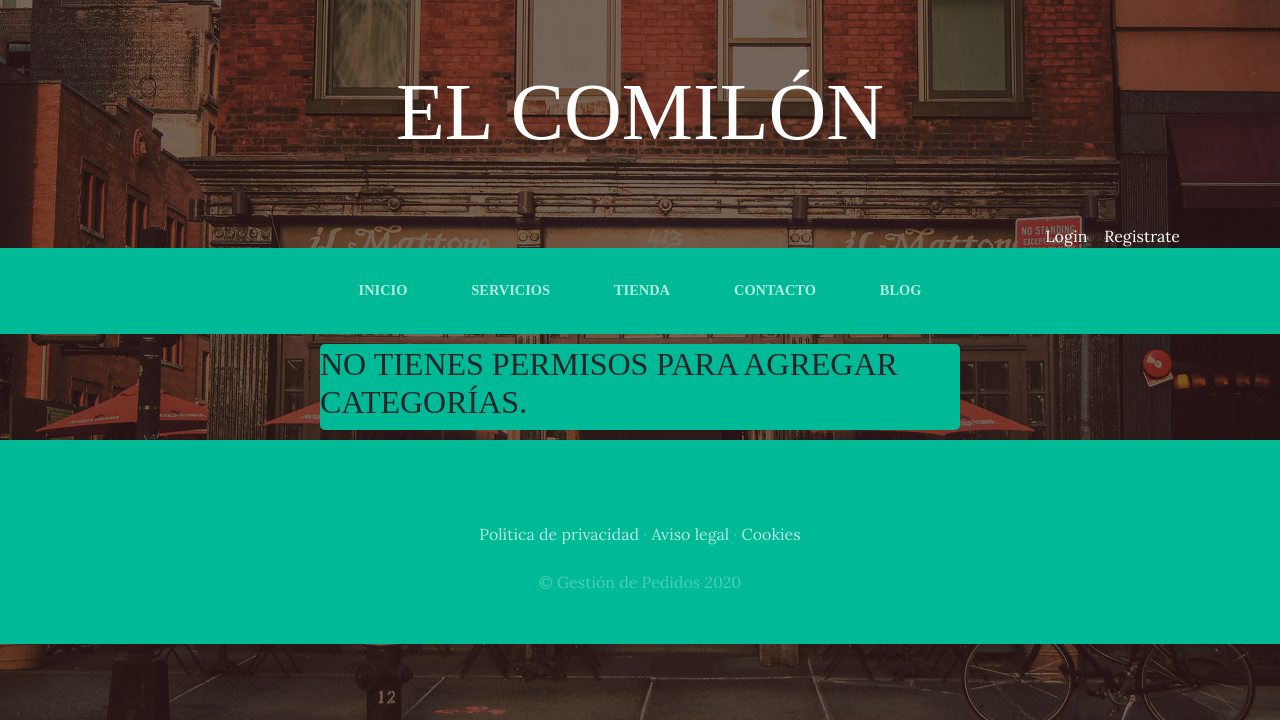
Repository: MatLarrea/Entrega_Elcomilon
Page: http://localhost/tienda/agregar_categoria/
The author's editor kept a copy of each file at every save. The page is drawn from the files as they stood at one save, then again after the next save.
The browser window is 1280 px wide. The pictures show the whole page.
Some web fonts or font styles are not loaded; a fallback is used. The page is served by the project's application, run on Django 5.2 (manage.py).

Above is the page before, as saved 2024-07-11 22:41:30.
Console error: TypeError: Cannot read properties of null (reading 'addEventListener')

After the next save:
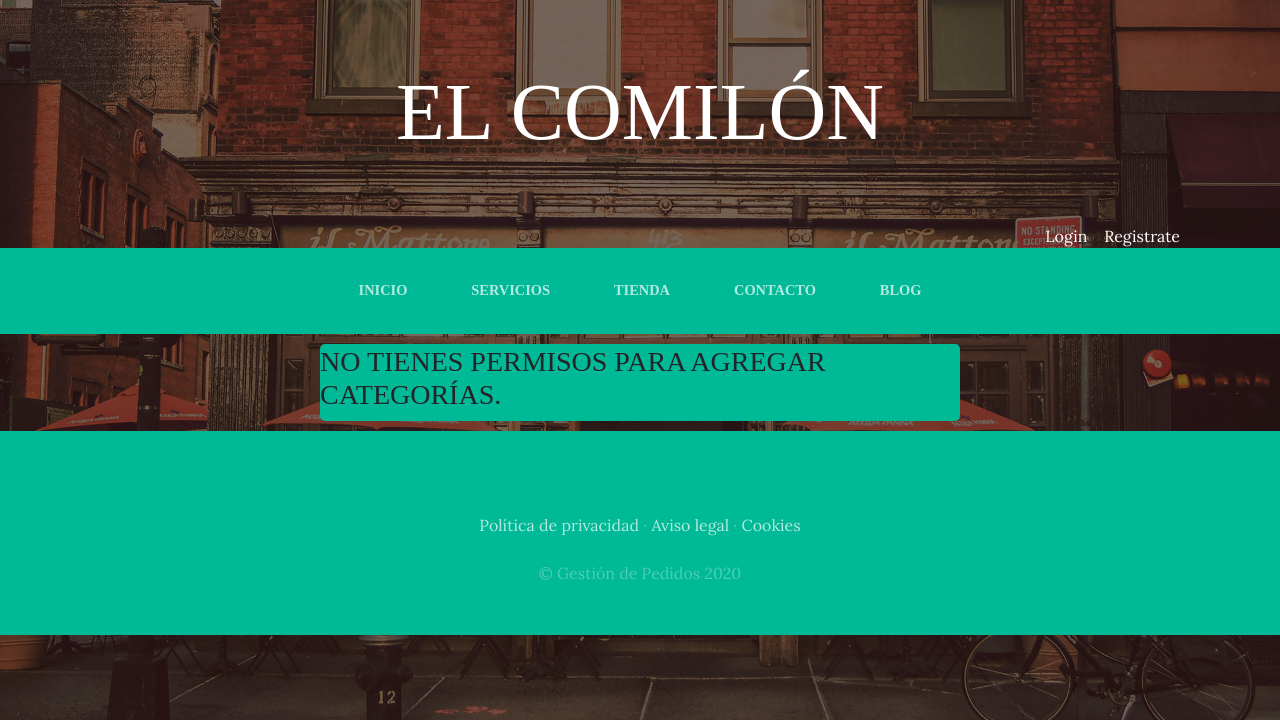
Saved 9 s later.
--- a/TiendaApp/templates/tienda/agregar_categoria.html
+++ b/TiendaApp/templates/tienda/agregar_categoria.html
@@ -33,7 +33,7 @@
 </div>
 {% else %}
 <div class="formularioContacto">
-    <H2>NO TIENES PERMISOS PARA AGREGAR CATEGORÍAS.</H2>
+    <H3>NO TIENES PERMISOS PARA AGREGAR CATEGORÍAS.</H3>
 </div>
 {% endif %}
 
